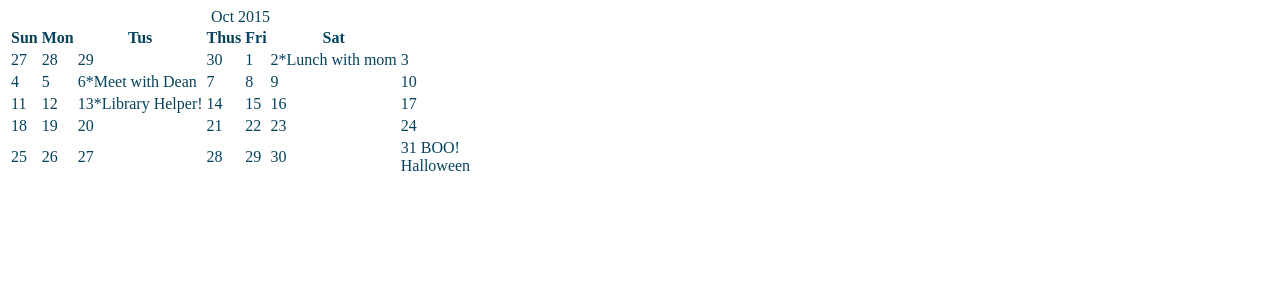
Repository: Tram-anh99/Blockchain_Funix
Page: CSS/lich.html
An editor plug-in stored every save of this project. The page is shown before and after a run of saves, followed by the edit.
The browser window is 1280 px wide. The pictures show the whole page.

Above is the page before, as saved 2023-02-28 01:23:22.

After the next 5 saves:
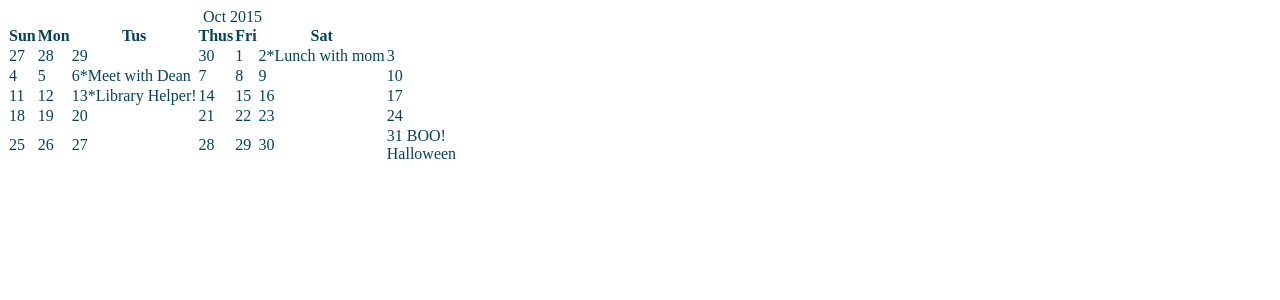
The 5 saves are shown as one change because they came seconds apart.
The last was saved 13 s later.
--- a/CSS/lich.css
+++ b/CSS/lich.css
@@ -1,4 +1,5 @@
 .cal {
       color: #06425C;
-      border
+      border-spacing: 0;
+
 }
